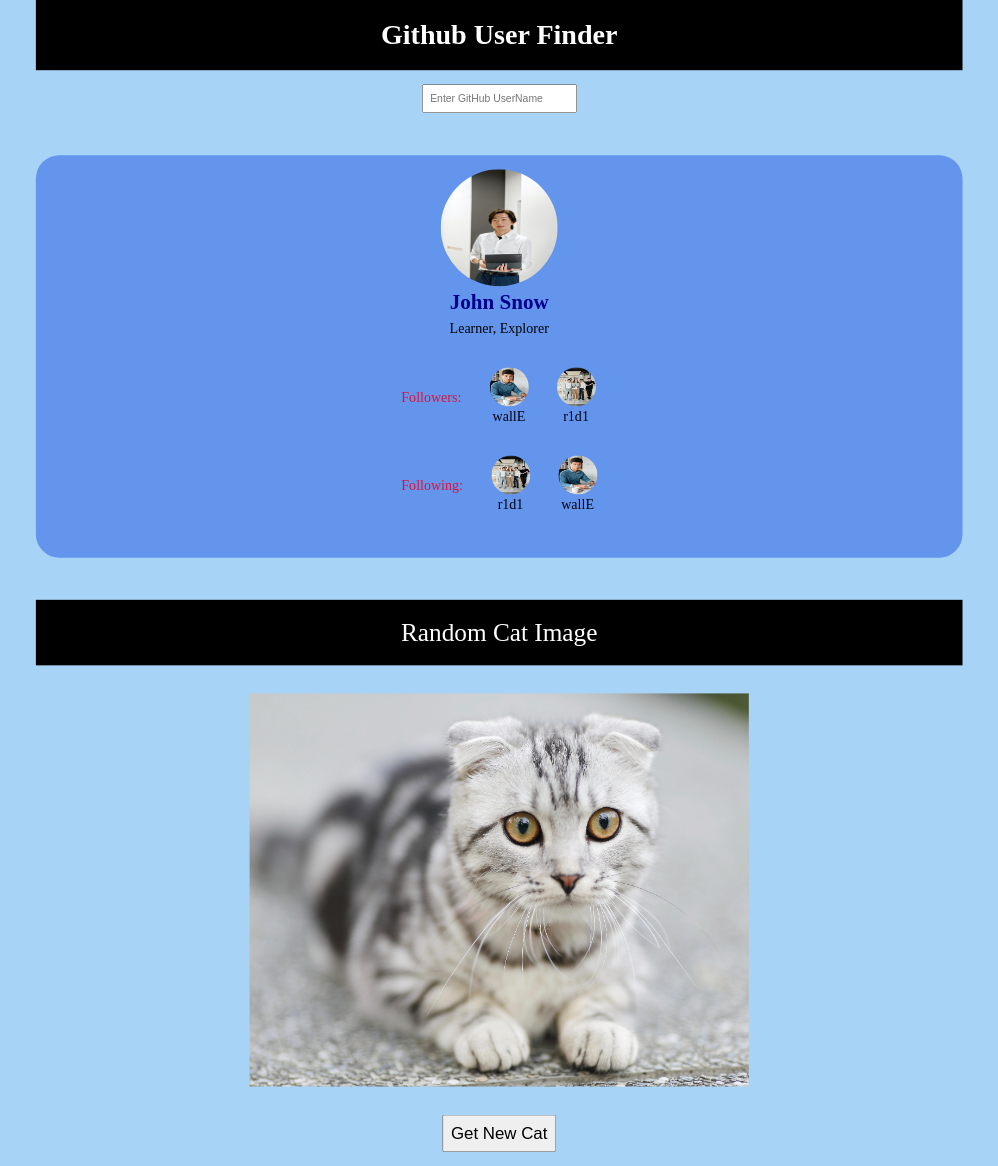
Repository: Ravindra-Shastri/TA-JS-asynchronous-js-TJaaao
Page: block-BJaajt/code/index.html
The author's editor kept a copy of each file at every save. The page is drawn from the files as they stood at one save, then again after a run of saves.
The browser window is 1280 px wide. The pictures show the whole page, at 78% of full size.
The style sheet was rebuilt from its Sass, Less or Tailwind sources for each picture, by a compiler version that may differ from the author's.

Above is the page before, as saved 2021-10-07 10:02:19.

### block-BJaajt/code/index.html


<!DOCTYPE html>
<html lang="en">
<head>
    <meta charset="UTF-8">
    <meta http-equiv="X-UA-Compatible" content="IE=edge">
    <meta name="viewport" content="width=device-width, initial-scale=1.0">
    <title>Assignment: Fetching Data</title>
    <link rel="stylesheet" href="./assets/style.css">

</head>
<body>
    <h1>Github User Finder</h1>
    <div class="input-box">
        <input type="text" placeholder="Enter GitHub UserName">
    </div>

    <section class="user-card">
        <div class="user-details">
            <img src="./assets/pic1.jpg" alt="Pic-1" class="avatar">
            <h3 class="user-name">John Snow</h3>
            <p class="bio">Learner, Explorer</p>
        </div>
        <ul>
            <li class="followers-count">
                Followers:
                <div>
                    <img src="./assets/pic2.jpg" alt="Pic-2">
                    <p>wallE</p>
                </div>
                <div>
                    <img src="./assets/pic3.jpg" alt="Pic-3">
                    <p>r1d1</p>
                </div>

            </li>

            <li class="following">
                Following:
                <div>
                    <img src="./assets/pic3.jpg" alt="Pic-3">
                    <p>r1d1</p>
                </div>
                <div>
                    <img src="./assets/pic2.jpg" alt="Pic-2">
                    <p>wallE</p>
                </div>

            </li>
        </ul>

    </section>


    <section class="cat-section">
         <h2>Random Cat Image</h2>
        <div class="cat-image-container">
            <img src="./assets/cat1.jpg" alt="cat-image" class="cat-image">
        </div>
        <button>Get New Cat</button>
    </section>

    <script src="./index.js"></script>
</body>
</html>

### block-BJaajt/code/index.js
const input = document.querySelector("input");
const avatar = document.querySelector(".avatar");
const userName = document.querySelector(".user-name");
const bio = document.querySelector(".bio");
const followerUser = document.querySelector(".followers-count");
const followingUser = document.querySelector(".following");


function handleChange (event) {
    if (event.keyCode === 13 && input.value) {
        let user =  event.target.value;
        let xhr = new XMLHttpRequest();

xhr.open('GET', `https://api.github.com/users/${user}`);

xhr.onload = function () {
    let userData = JSON.parse(xhr.response);
    avatar.src = userData.avatar_url;
    userName.innerText = userData.name;
    bio.innerText = userData.bio;
}
xhr.onerror = function () {
    console.error("Something Went Wrong");
};
xhr.send();

let followers = new XMLHttpRequest();

followers.open('GET', `https://api.github.com/users/${user}/followers`);

followers.onload = function () {
    let followersData = JSON.parse(followers.response);
    followerUser.innerHTML = "Followers: ";
    followersData.forEach((element, index) => {
        if (index <= 5) {
            let followerAvatar = document.createElement("img");
            followerAvatar.src = element.avatar_url;
            let followerName = document.createElement("p");
            followerName.innerText = element.login;
            let followerInfo = document.createElement("div");
            followerInfo.append(followerAvatar, followerName);
            followerUser.append(followerInfo);
        }
    });
}
followers.send();

let following = new XMLHttpRequest();

following.open('GET', `https://api.github.com/users/${user}/following`);

following.onload = function () {
    let followingData = JSON.parse(following.response);
    followingUser.innerHTML = "Following: ";
    followingData.forEach((element, index) => {
        if (index <= 5) {
            let followingAvatar = document.createElement("img");
            followingAvatar.src = element.avatar_url;
            let followingName = document.createElement("p");
            followingName.innerText = element.login;
            let followingInfo = document.createElement("div");
            followingInfo.append(followingAvatar, followingName);
            followingUser.append(followingInfo);
        }
    });
}
following.send();
        event.target.value = "";
    }

}

input.addEventListener("keyup", handleChange);


let button = document.querySelector("button");
let catImage = document.querySelector(".cat-image");

button.addEventListener('click', function() {
    let catApi = new XMLHttpRequest();
    catApi.open("GET", "https://api.thecatapi.com/v1/images/search?limit=1&size=full");

    catApi.onload = function () {

        let catData = JSON.parse(catApi.response);
        catImage.src = catData[0].url;
    }
    catApi.send();
});

### block-BJaajt/code/assets/style.scss
@import "reset";


html {
    font-size: 18px;
}
body {
    line-height: 1.5;
    background: rgb(167, 211, 247);
}

h1 {
    font-size: 2rem;
    background: black;
    color: #fff;
    font-weight: 700;
    text-align: center;
    padding: 1rem;
    width: 90%;
    margin: auto auto;
}
.input-box {
    margin: 1rem auto;
    display: flex;
    align-items: center;
    justify-content: center;
    input {
        display: inline-block;
        padding: .5rem;
    }
}

.user-card {
    display: flex;
    flex-direction: column;
    width: 90%;
    margin: 3rem auto;
    padding: 1rem;
    align-items: center;
    background: cornflowerblue;
    border-radius: 30px;
}
.user-details {
    display: flex;
    flex-direction: column;
    align-items: center;
    margin-bottom: 2rem;
    h3 {
        font-size: 1.5rem;
        font-weight: 600;
        color: darkblue;
    }
}


.avatar {
        width: 150px;
        height: 150px;
        border-radius: 50%;
}

.followers-count, .following{
    display: flex;
    width: 100%;
    justify-content: flex-start;
    gap: 2rem;
    margin-bottom: 2rem;
    align-items: center;
    color: crimson;
    div {
        display: flex;
        flex-direction: column;
        align-items: center;
        color: rgb(1, 1, 17);
    }
    img {
        width: 50px;
        height: 50px;
        border-radius: 50%;
    }
}


// CAT Styles
.cat-section {
    display: flex;
    flex-direction: column;
    align-items: center;
    h2 {
        font-size: 1.8rem;
        background: black;
        width: 90%;
        color: #fff;
        text-align: center;
        padding: 1rem;
    }
    button {
        display: inline-block;
        padding: .5rem;
        font-size: 1.2rem;
        margin-bottom: 1rem;
        cursor: pointer;
    }
}

.cat-image-container {
    display: flex;
    width: 50%;
    height: 70vh;
    margin: 2rem auto;
    img {
        width: 100%;
    }
}

Loaded but not shown: block-BJaajt/code/assets/_reset.scss (common file)

After the next 2 saves:
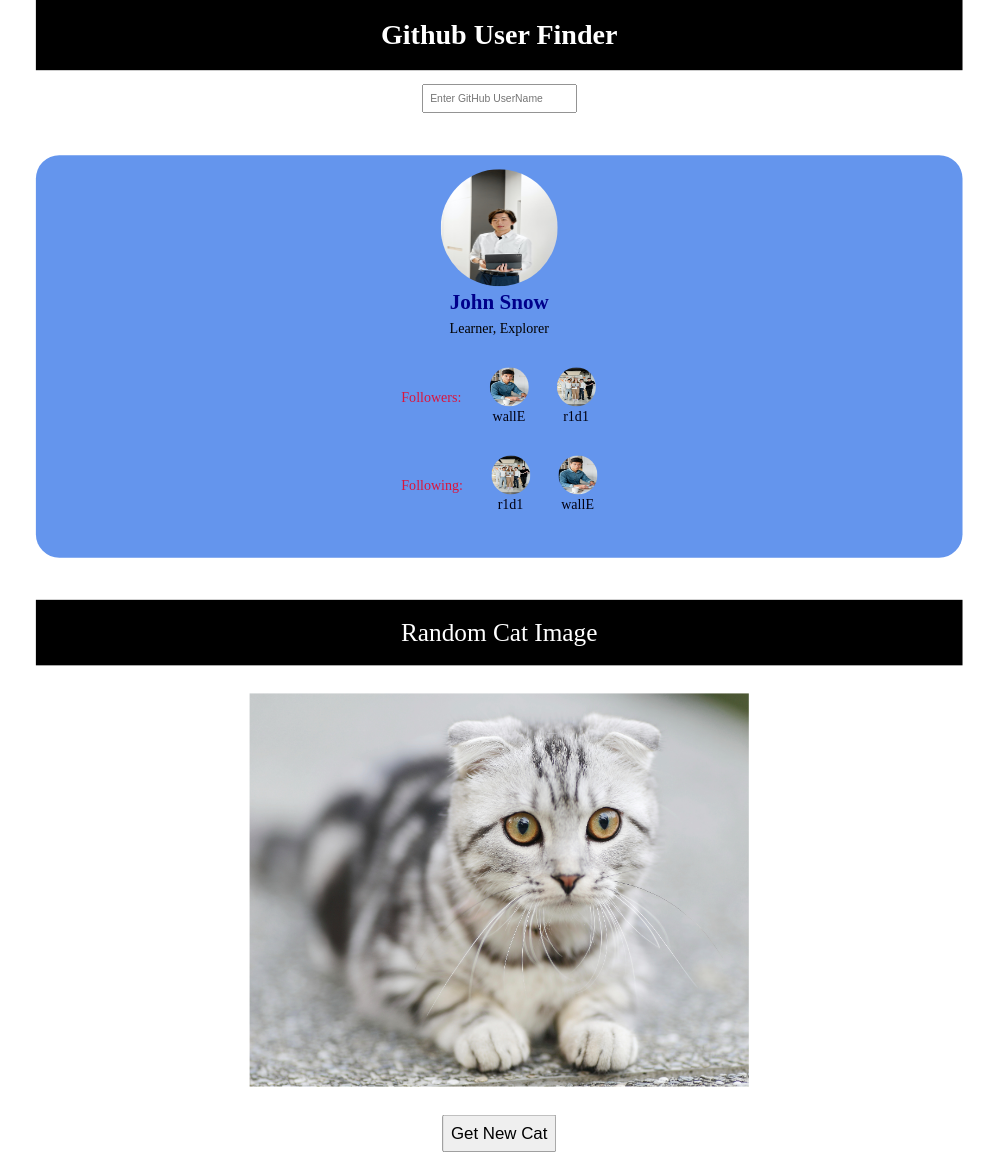
The 2 saves are shown as one change because they came seconds apart.
The last was saved 29 min 20 s later.
--- a/block-BJaajt/code/assets/style.scss
+++ b/block-BJaajt/code/assets/style.scss
@@ -6,7 +6,7 @@ html {
 }
 body {
     line-height: 1.5;
-    background: rgb(167, 211, 247);
+    background: a;
 }
 
 h1 {
